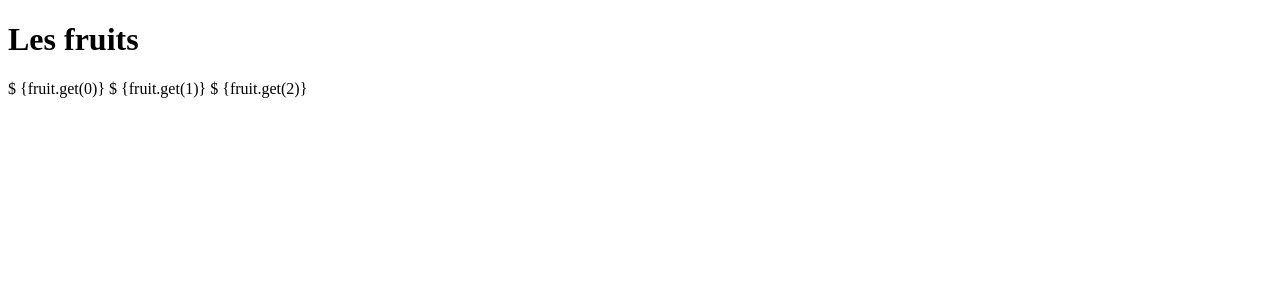
Repository: ThomasMTNB/EclipseJSP-JEE-JSTL
Page: http://localhost/TestServlet/Fruit
The author's editor kept a copy of each file at every save. The page is drawn from the files as they stood at one save, then again after the next save.
The browser window is 1280 px wide. The pictures show the whole page.
The page is served by Tomcat 9.

Above is the page before, as saved 2022-06-28 14:22:44.

### TestServlet/src/main/webapp/WEB-INF/Fruit.jsp
<%@ page language="java" contentType="text/html; charset=ISO-8859-1"
	pageEncoding="ISO-8859-1"%>
<!DOCTYPE html>
<html>
<head>
<meta charset="ISO-8859-1">
<title>Frutz</title>
</head>
<body>
	<h1>Les fruits</h1>

	<p>

	$ {fruit.get(0)}
	$ {fruit.get(1)}
	$ {fruit.get(2)}

	</p>

</body>
</html>

### TestServlet/src/main/java/servlet/FruitServlet.java
package servlet;

import java.io.IOException;
import java.lang.reflect.Array;
import java.util.ArrayList;

import javax.servlet.ServletException;
import javax.servlet.annotation.WebServlet;
import javax.servlet.http.HttpServlet;
import javax.servlet.http.HttpServletRequest;
import javax.servlet.http.HttpServletResponse;

/**
 * Servlet implementation class FruitServlet
 */

public class FruitServlet extends HttpServlet {
	private static final long serialVersionUID = 1L;

    /**
     * @see HttpServlet#HttpServlet()
     */
    public FruitServlet() {
        super();
        // TODO Auto-generated constructor stub
    }



    ArrayList <String> ListeFruit = new ArrayList<>();



	/**
	 * @see HttpServlet#doGet(HttpServletRequest request, HttpServletResponse response)
	 */
	protected void doGet(HttpServletRequest request, HttpServletResponse response) throws ServletException, IOException {


		ListeFruit.add("Bannane");
		ListeFruit.add("Pomme");
		ListeFruit.add("Je suis faché");

		request.setAttribute("fruit", ListeFruit);



		this.getServletContext().getRequestDispatcher("/WEB-INF/Fruit.jsp").forward(request, response);






	}


}

After the next save:
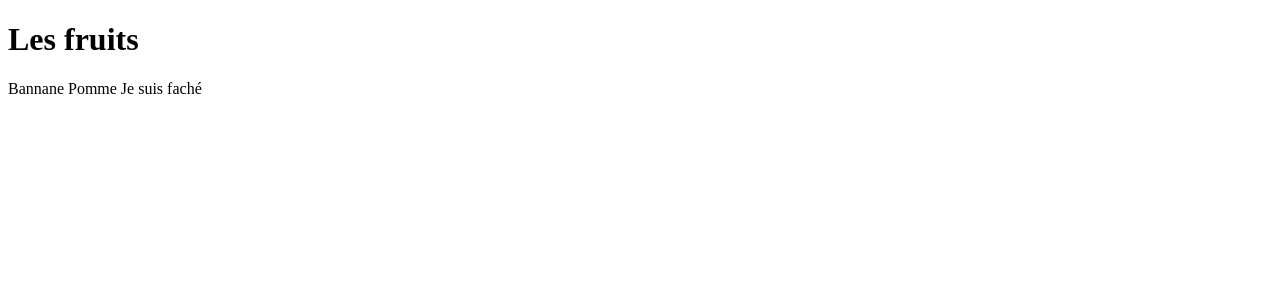
Saved 86 s later.
--- a/TestServlet/src/main/webapp/WEB-INF/Fruit.jsp
+++ b/TestServlet/src/main/webapp/WEB-INF/Fruit.jsp
@@ -11,9 +11,9 @@
 
 	<p>
 
-	$ {fruit.get(0)}
-	$ {fruit.get(1)}
-	$ {fruit.get(2)}
+	${fruit.get(0)}
+	${fruit.get(1)}
+	${fruit.get(2)}
 
 	</p>
 
